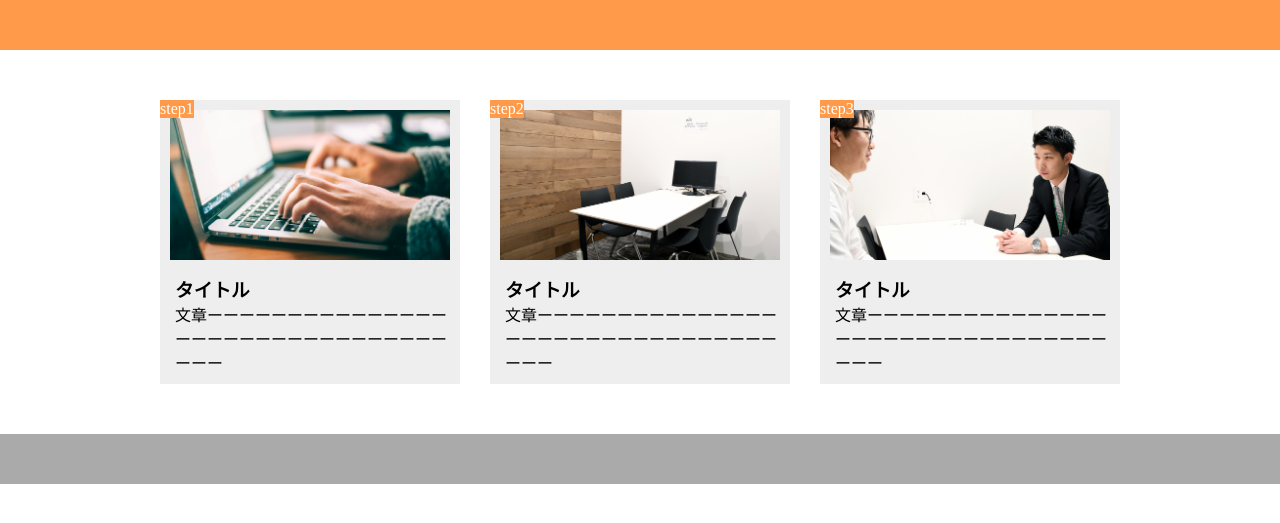
Repository: yuu3176/theme1
Page: 1-9-2/1-9-2.html
The author's editor kept a record of every edit. The page is drawn from the files as they stood at one moment, then again after the next edit.
The browser window is 1280 px wide. The pictures show the whole page.

Above is the page before.

After the next edit:
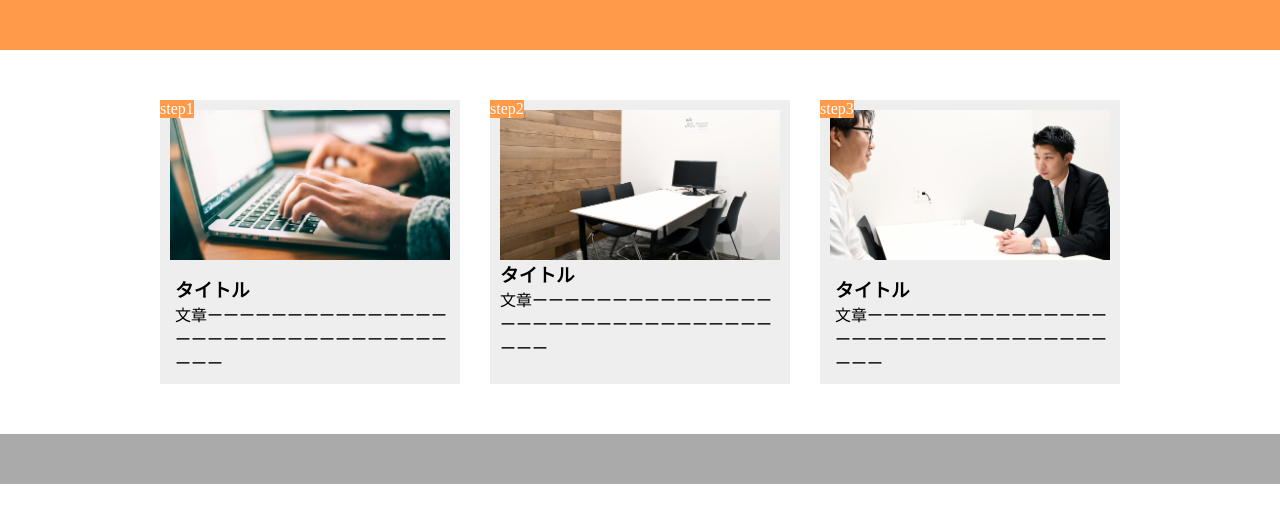
The edit:
--- a/1-9-2/1-9-2.html
+++ b/1-9-2/1-9-2.html
@@ -24,8 +24,9 @@
           <p>step2</p>
         </div>
         <div class="box-image2"></div>
-        <section class="box-text">
+        <span class="box-title">
           <h3>タイトル</h3>
+        </span>
           <p>文章ーーーーーーーーーーーーーーーーーーーーーーーーーーーーーーーーーーー</p>
         </section>
       </div>
